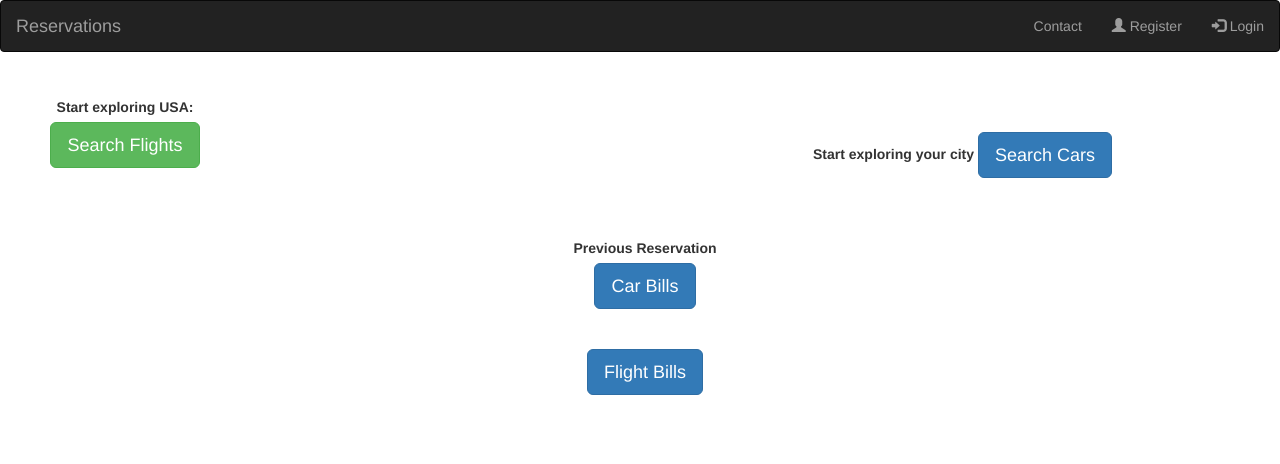
Repository: svnsiva/final-project
Page: http://localhost/flights-car-reservation/WEB-INF/pages/account.jsp
The author's editor kept a copy of each file at every save. The page is drawn from the files as they stood at one save, then again after the next save.
The browser window is 1280 px wide. The pictures show the whole page.
Some web libraries are served in a nearby version. The page is served by Tomcat 9. Nobody is signed in. Other server files are loaded and not shown. The template is opened directly, without the code that normally fills it, so the values that code supplies are empty.

Above is the page before, as saved 2017-08-06 00:21:11.

### flights-car-reservation/src/main/webapp/WEB-INF/pages/account.jsp
<%@ page language="java" contentType="text/html; charset=ISO-8859-1"
    pageEncoding="ISO-8859-1"%>
    <%@taglib uri="http://java.sun.com/jsp/jstl/core" prefix="c"%>
<%@taglib uri="http://www.springframework.org/tags/form" prefix="form" %>
<%@taglib uri="http://www.springframework.org/tags" prefix="spring" %>
<!DOCTYPE html PUBLIC "-//W3C//DTD HTML 4.01 Transitional//EN" "http://www.w3.org/TR/html4/loose.dtd">
<html>
<head>
<meta http-equiv="Content-Type" content="text/html; charset=ISO-8859-1">
<title>Insert title here</title>
  <link rel="stylesheet" href="https://maxcdn.bootstrapcdn.com/bootstrap/3.3.7/css/bootstrap.min.css">
  <script src="https://ajax.googleapis.com/ajax/libs/jquery/3.2.1/jquery.min.js"></script>
  <script src="https://maxcdn.bootstrapcdn.com/bootstrap/3.3.7/js/bootstrap.min.js"></script>
</head>
<body>

<style>
body{
/* background:url("http://kennethsurat.com/wp-content/uploads/2014/12/EXPLORE-DREAM-DISCOVER.jpg"); */
background-repeat:no-repeat;
background-size:cover;
}
.cen{

float:left;

}

html, body {
    height: 100%;
    margin: 0;
}

#left {
    width:220px;
    margin: 5px;
}
#center {
    margin: 5px 0;
    width: calc(100% - 460px);
}
#right {
    margin: 5px;
    width: 220px;
}

</style>
<nav class="navbar navbar-inverse">
  <div class="container-fluid">
    <div class="navbar-header">
      <a class="navbar-brand">Reservations</a>
    </div>

    <ul class="nav navbar-nav navbar-right">
    	 <li><a href="${pageContext.request.contextPath}/contact">Contact</a></li>
      <li><a href="${pageContext.request.contextPath}/register"><span class="glyphicon glyphicon-user"></span> Register</a></li>
   <li><a href="${pageContext.request.contextPath}/login"><span class="glyphicon glyphicon-log-in"></span> Login</a></li>
    </ul>
  </div>
</nav>

 <div class="media">
    <div class="media-left">
     <!--  <img style="margin-left: 50px;" src="https://www.citizenpass.io/themes/citizen-pass/img/process-login.png" class="media-object" > -->
    </div>
    <div class="media-body text-center">
      <div><br>
      <div>
      <div style="float:left; width:50%;">
<div id ="left">
    <form class="form" action="${pageContext.request.contextPath}/search" method="get">
   <div class="cen">
    <label for="name">Start exploring USA:</label>

	<button type="submit" class="btn btn-success btn-lg">Search Flights</button>
	</div>
	</form>
	</div>
      </div>
   <br><br>
   <form class="form" action="${pageContext.request.contextPath}/cars" method="get">
	<div>
    <label for="name">Start exploring your city</label>
	<button type="submit" class="btn btn-primary btn-lg">Search Cars</button>
	</div></form>
	<br><br><br>
    <div>

    <label for="name">Previous Reservation</label>
    <form class="form-horizontal" action="${pageContext.request.contextPath}/carbills" method="get">

	<button type="submit" class="btn btn-primary btn-lg">Car Bills</button>

	</form>
	<br><br>
	<form class="form-horizontal" action="${pageContext.request.contextPath}/flightbills" method="get">

	<button type="submit" class="btn btn-primary btn-lg">Flight Bills</button>

	</form>
	</div>
      </div>
    </div>
    </div>
  </div>

</body>
</html>

After the next save:
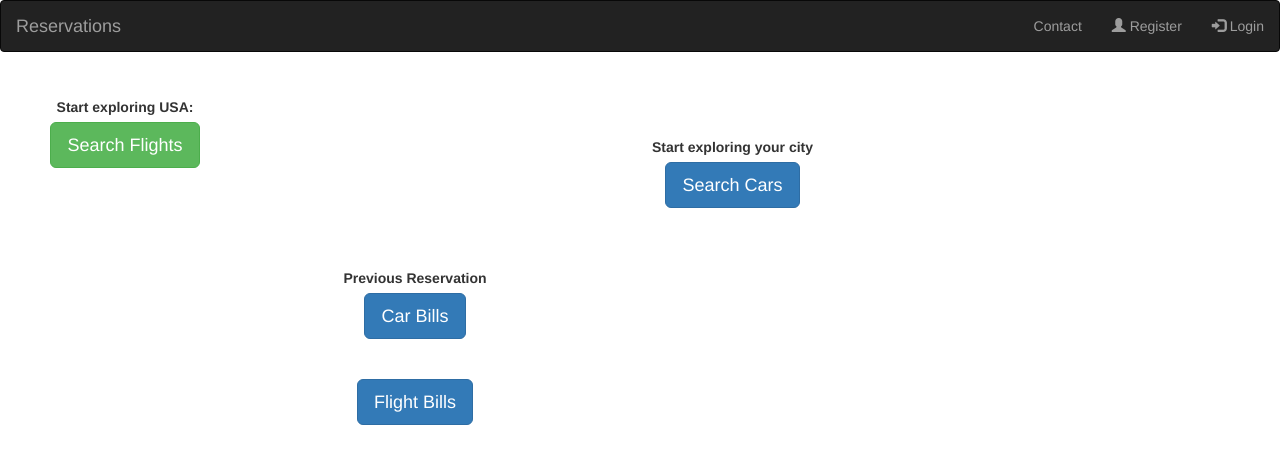
Saved 66 s later.
--- a/flights-car-reservation/src/main/webapp/WEB-INF/pages/account.jsp
+++ b/flights-car-reservation/src/main/webapp/WEB-INF/pages/account.jsp
@@ -78,6 +78,7 @@ html, body {
 	</div>
       </div>
    <br><br>
+   <div id ="center">
    <form class="form" action="${pageContext.request.contextPath}/cars" method="get">
 	<div>
     <label for="name">Start exploring your city</label>
@@ -85,6 +86,7 @@ html, body {
 	</div></form>
 	<br><br><br>
     <div>
+    </div>
 
     <label for="name">Previous Reservation</label>
     <form class="form-horizontal" action="${pageContext.request.contextPath}/carbills" method="get">
